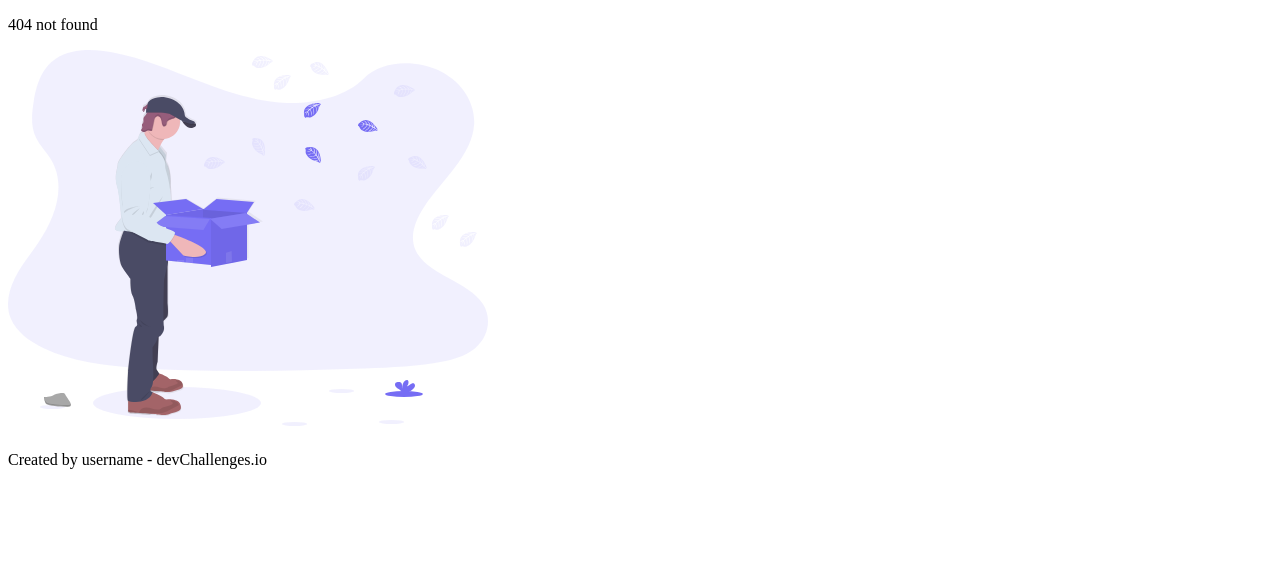
Repository: georgisenze/404-not-found-challeng
Page: index.html
The author's editor kept a copy of each file at every save. The page is drawn from the files as they stood at one save, then again after a run of saves.
The browser window is 1280 px wide. The pictures show the whole page.

Above is the page before, as saved 2023-02-14 07:11:33.

### index.html
<!DOCTYPE html>
<html lang="en">
<head>
    <meta charset="UTF-8">
    <meta http-equiv="X-UA-Compatible" content="IE=edge">
    <meta name="viewport" content="width=device-width, initial-scale=1.0">
    <title>404 page not found</title>
</head>
<body>
    <div class="main">
        <header>
            <p>404 not found</p>
        </header>

        <div class="container">
            <div class="row">
                <div class="col-6">
                    <img src="assets/img/404-illustration.svg" alt="">
                </div>
                <div class="col-6">
                    <div class="col-2">
                        <h1></h1>
                    </div>
                    <div class="col-2"></div>
                    <div class="col-2"></div>
                </div>
            </div>
        </div>

        <footer>
            <p>Created by <span>username</span> - devChallenges.io </p>
        </footer>

    </div>

</body>
</html>

After the next 3 saves:
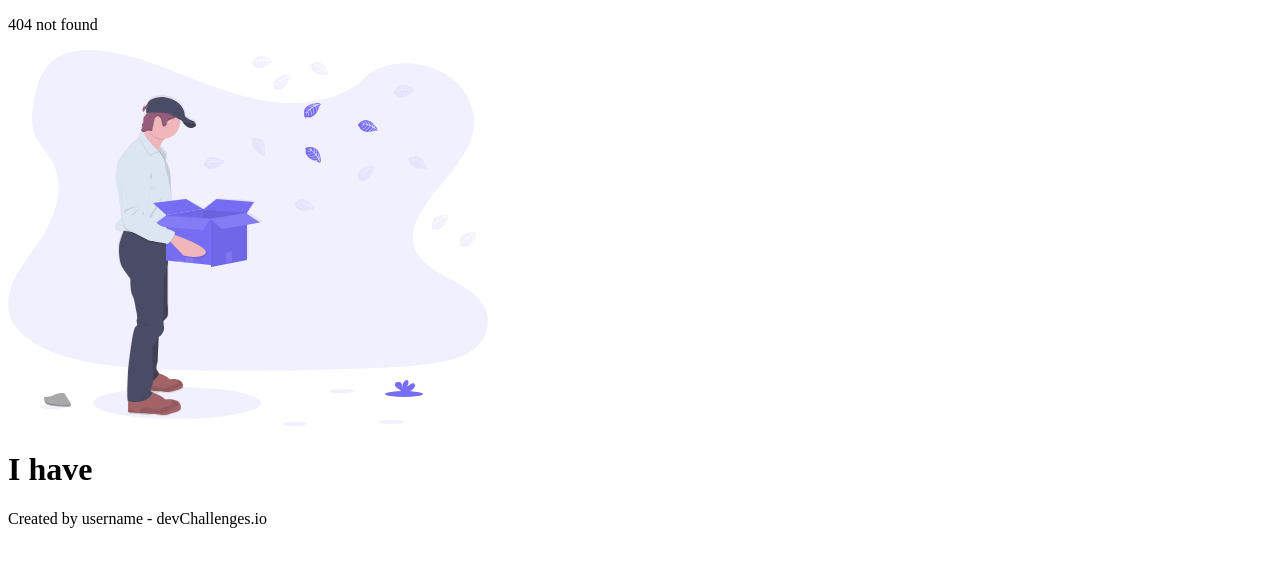
The 3 saves are shown as one change because they came seconds apart.
The last was saved 17 s later.
--- a/index.html
+++ b/index.html
@@ -19,7 +19,7 @@
                 </div>
                 <div class="col-6">
                     <div class="col-2">
-                        <h1></h1>
+                        <h1>I have </h1>
                     </div>
                     <div class="col-2"></div>
                     <div class="col-2"></div>
